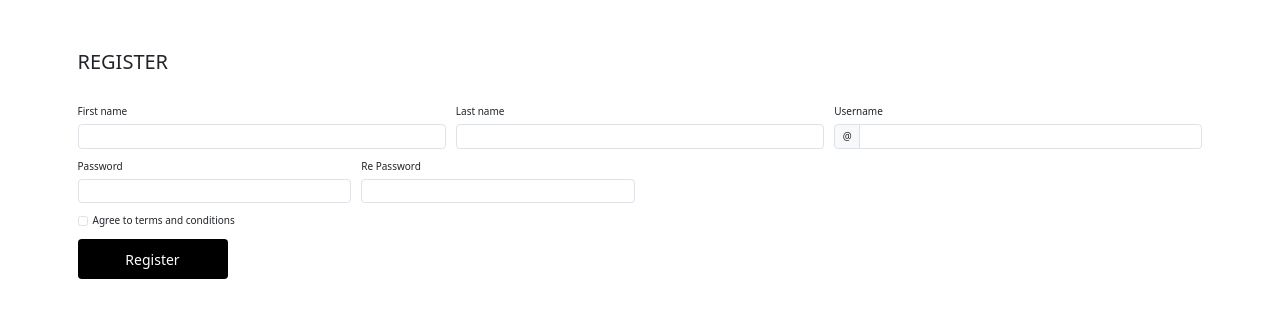
Repository: AnnPTit/ASM_Java04
Page: http://localhost/Asm/views/Register.jsp
An editor plug-in stored every save of this project. The page is shown before and after the next save, followed by the edit.
The browser window is 1280 px wide. The pictures show the whole page.
Some web libraries are served in a nearby version. The page is served by Tomcat 9. Other server files are loaded and not shown.

Above is the page before, as saved 2023-03-19 02:54:54.

### Asm/src/main/webapp/views/Register.jsp
<%@ page language="java" contentType="text/html; charset=UTF-8"
	pageEncoding="UTF-8"%>
<!DOCTYPE html>
<html>
<head>
<meta charset="UTF-8">
<title>Register</title>
<link
	href="https://cdn.jsdelivr.net/npm/bootstrap@5.3.0-alpha1/dist/css/bootstrap.min.css"
	rel="stylesheet"
	integrity="sha384-GLhlTQ8iRABdZLl6O3oVMWSktQOp6b7In1Zl3/Jr59b6EGGoI1aFkw7cmDA6j6gD"
	crossorigin="anonymous">
<link rel="stylesheet"
	href="https://cdnjs.cloudflare.com/ajax/libs/font-awesome/6.3.0/css/all.min.css"
	integrity="sha512-SzlrxWUlpfuzQ+pcUCosxcglQRNAq/DZjVsC0lE40xsADsfeQoEypE+enwcOiGjk/bSuGGKHEyjSoQ1zVisanQ=="
	crossorigin="anonymous" referrerpolicy="no-referrer" />
<link rel="stylesheet" href="../assets/css/Login.css">
</head>
<body>
	<div class="container register__main">
		<h3 class="login__title">Register</h3>

		<form class="row g-3">
			<div class="col-md-4">
				<label for="validationServer01" class="form-label">First
					name</label>
				<!-- Them class isValid để check đúng  -->
				<input type="text" class="form-control" id="validationServer01"
					value="" required ng-model="inputUser.fristName" />
				<div class="valid-feedback">Looks good!</div>
			</div>
			<div class="col-md-4">
				<label for="validationServer02" class="form-label">Last name</label>
				<input type="text" class="form-control" id="validationServer02"
					value="" required ng-model="inputUser.lastName" />
				<div class="valid-feedback">Looks good!</div>
			</div>
			<div class="col-md-4">
				<label for="validationServerUsername" class="form-label">Username</label>
				<div class="input-group has-validation">
					<span class="input-group-text" id="inputGroupPrepend3">@</span>
					<!-- Thêm class is-valied để check sai -->
					<input type="email" class="form-control"
						id="validationServerUsername"
						aria-describedby="inputGroupPrepend3 validationServerUsernameFeedback"
						required ng-model="inputUser.email" />
					<div id="validationServerUsernameFeedback" class="invalid-feedback">
						Please choose a username.</div>
				</div>
			</div>



			<div class="col-md-3">
				<label for="validationServer06" class="form-label">Password</label>
				<!-- Thêm class is-valied để check sai -->
				<input type="password" class="form-control" id="validationServer06"
					aria-describedby="validationServer06Feedback" required
					ng-model="inputUser.password" />
				<div id="validationServer06Feedback" class="invalid-feedback">
					Please provide a valid password.</div>
			</div>
			<div class="col-md-3">
				<label for="validationServer06" class="form-label">Re
					Password</label>
				<!-- Thêm class is-valied để check sai -->
				<input type="password" class="form-control" id="validationServer06"
					aria-describedby="validationServer06Feedback" required
					ng-model="inputUser.repassword" />
				<div id="validationServer06Feedback" class="invalid-feedback">
					Please re a valid password.</div>
			</div>

			<div class="col-12">
				<!-- Thêm class is-valied để check sai-->

				<div class="form-check">
					<input class="form-check-input" type="checkbox" value=""
						id="invalidCheck2" required /> <label
						class="form-check-label" for="invalidCheck2"> Agree to
						terms and conditions </label>
				</div>
			</div>

			<div class="col-12">
				<button class="btn register__btn" type="submit"
					ng-click="Register()">Register</button>
			</div>
		</form>
	</div>

</body>
</html>

### Asm/src/main/webapp/assets/css/Login.css
@charset "UTF-8";

:root { -
	-primary-color: #1c1d1b; -
	-primary--font: "Kanit", sans-serif; -
	-white-color: #fff; -
	-balck--color: #000;
}

html {
	margin: 0;
	padding: 0;
	font-size: 62.5%;
}

.login__main {
	min-height: 550px;
}

.login__title {
	font-size: 2rem;
	margin-top: 30px;
	margin-bottom: 30px;
	text-transform: uppercase;
}

.login__input {
	display: flex;
	flex-direction: column;
}

.login__input input {
	border: none;
	outline: none;
	border-bottom: 1px solid #000;
	line-height: 2rem;
	padding: 10px 0;
	margin: 10px 0;
	font-size: 1.3rem;
}

.login__btn {
	background-color: var(- -primary-color);
	color: var(- -white-color);
	font-size: 1.4rem;
	text-transform: uppercase;
	padding: 5px 0;
	margin-top: 50px;
	margin-bottom: 50px;
	text-align: center;
	text-decoration: none;
}

.login__btn:hover {
	opacity: 0.8;
}

.forget__login {
	text-decoration: none;
	color: var(- -primary-color);
	font-size: 1.4rem;
	font-family: "Segoe UI", Tahoma, Geneva, Verdana, sans-serif;
}

.forget__login:hover {
	text-decoration: underline;
}

.register__btn--log {
	background-color: transparent;
	color: var(- -balck--color);
	border: 1px solid #000;
	text-align: center;
	text-decoration: none;
}
/* Register */
.register__main {
	margin: 50px auto;
}

.register__btn {
	width: 150px;
	height: 40px;
	background-color: #000;
	color: #fff;
	font-size: 1.4rem;
	text-align: center;
}

After the next save:
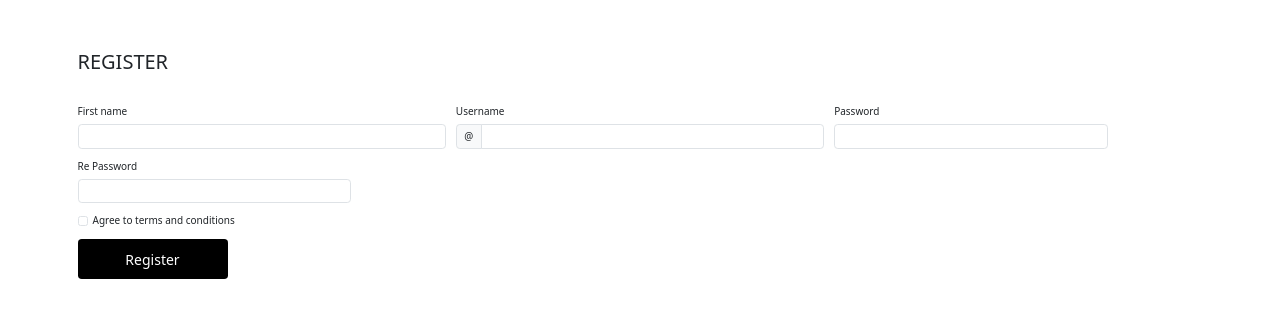
Saved 27 s later.
--- a/Asm/src/main/webapp/views/Register.jsp
+++ b/Asm/src/main/webapp/views/Register.jsp
@@ -29,12 +29,7 @@
 					value="" required ng-model="inputUser.fristName" />
 				<div class="valid-feedback">Looks good!</div>
 			</div>
-			<div class="col-md-4">
-				<label for="validationServer02" class="form-label">Last name</label>
-				<input type="text" class="form-control" id="validationServer02"
-					value="" required ng-model="inputUser.lastName" />
-				<div class="valid-feedback">Looks good!</div>
-			</div>
+
 			<div class="col-md-4">
 				<label for="validationServerUsername" class="form-label">Username</label>
 				<div class="input-group has-validation">
@@ -76,9 +71,8 @@
 
 				<div class="form-check">
 					<input class="form-check-input" type="checkbox" value=""
-						id="invalidCheck2" required /> <label
-						class="form-check-label" for="invalidCheck2"> Agree to
-						terms and conditions </label>
+						id="invalidCheck2" required /> <label class="form-check-label"
+						for="invalidCheck2"> Agree to terms and conditions </label>
 				</div>
 			</div>
 
